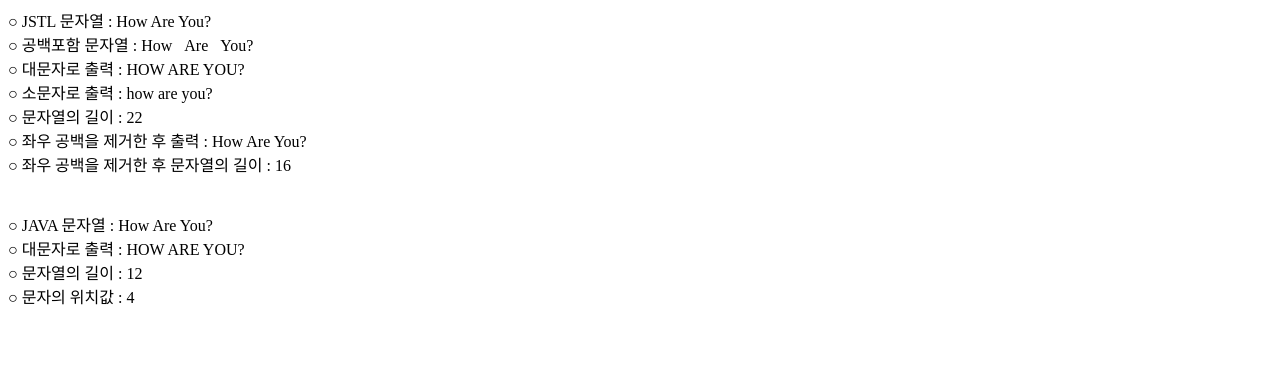
Repository: youngmoon525/Jsp_Servlet
Page: http://localhost/03.JSP/jsp40.jsp
The author's editor kept a copy of each file at every save. The page is drawn from the files as they stood at one save, then again after the next save.
The browser window is 1280 px wide. The pictures show the whole page.
The page is served by Tomcat 9. Other server files are loaded and not shown.

Above is the page before, as saved 2021-09-10 01:07:22.

### workspace/03.JSP/WebContent/jsp40.jsp
<%@ page language="java" contentType="text/html; charset=UTF-8"  pageEncoding="UTF-8"%>
<%@ taglib prefix="c" uri="http://java.sun.com/jsp/jstl/core" %>
<%@ taglib prefix="fn" uri="http://java.sun.com/jsp/jstl/functions" %>
<!DOCTYPE html>
<html>
<head>
<meta charset="UTF-8">
<title>JSP40</title>
</head>
<body>
<c:set var="str" value="   How   Are   You?   "/>
○ JSTL 문자열 : ${str }<br/>
○ 공백포함 문자열 : How&nbsp;&nbsp;&nbsp;Are&nbsp;&nbsp;&nbsp;You?<br/>
○ 대문자로 출력 : ${fn:toUpperCase(str) }<br/>
○ 소문자로 출력 : ${fn:toLowerCase(str) }<br/>
○ 문자열의 길이 : ${fn:length(str) }<br/>
○ 좌우 공백을 제거한 후 출력 : ${fn:trim(str) }<br/>
○ 좌우 공백을 제거한 후 문자열의 길이 : ${fn:length(fn:trim(str)) }<br/>


<br/><br/>
<%
String string = "How Are You?";
%>
○ JAVA 문자열 : <%=string %><br/>
○ 대문자로 출력 : <%=string.toUpperCase() %><br/>
○ 문자열의 길이 : <%=string.length() %><br/>
○ 문자의 위치값 : <%=string.indexOf("A") %>
</body>
</html>

After the next save:
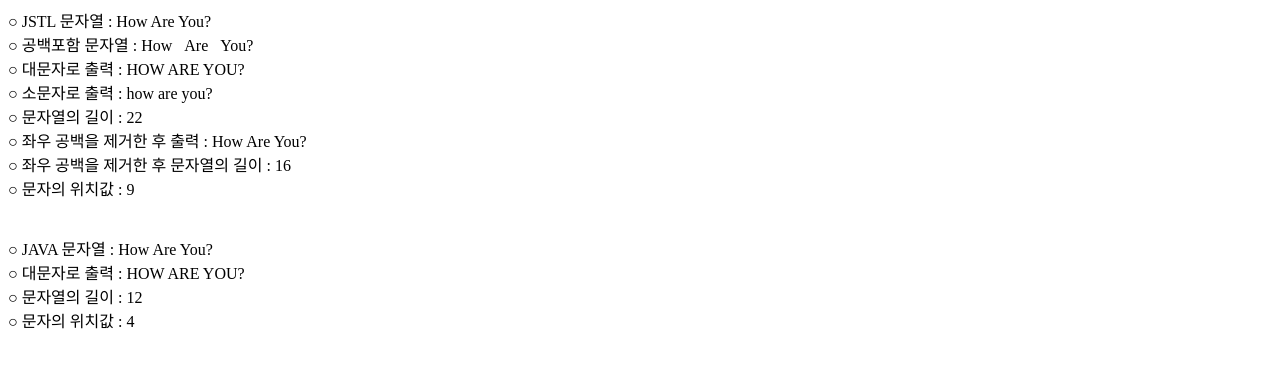
Saved 92 s later.
--- a/workspace/03.JSP/WebContent/jsp40.jsp
+++ b/workspace/03.JSP/WebContent/jsp40.jsp
@@ -16,6 +16,7 @@
 ○ 문자열의 길이 : ${fn:length(str) }<br/>
 ○ 좌우 공백을 제거한 후 출력 : ${fn:trim(str) }<br/>
 ○ 좌우 공백을 제거한 후 문자열의 길이 : ${fn:length(fn:trim(str)) }<br/>
+○ 문자의 위치값 : ${fn:indexOf(str, "A") }<br/>
 
 
 <br/><br/>
